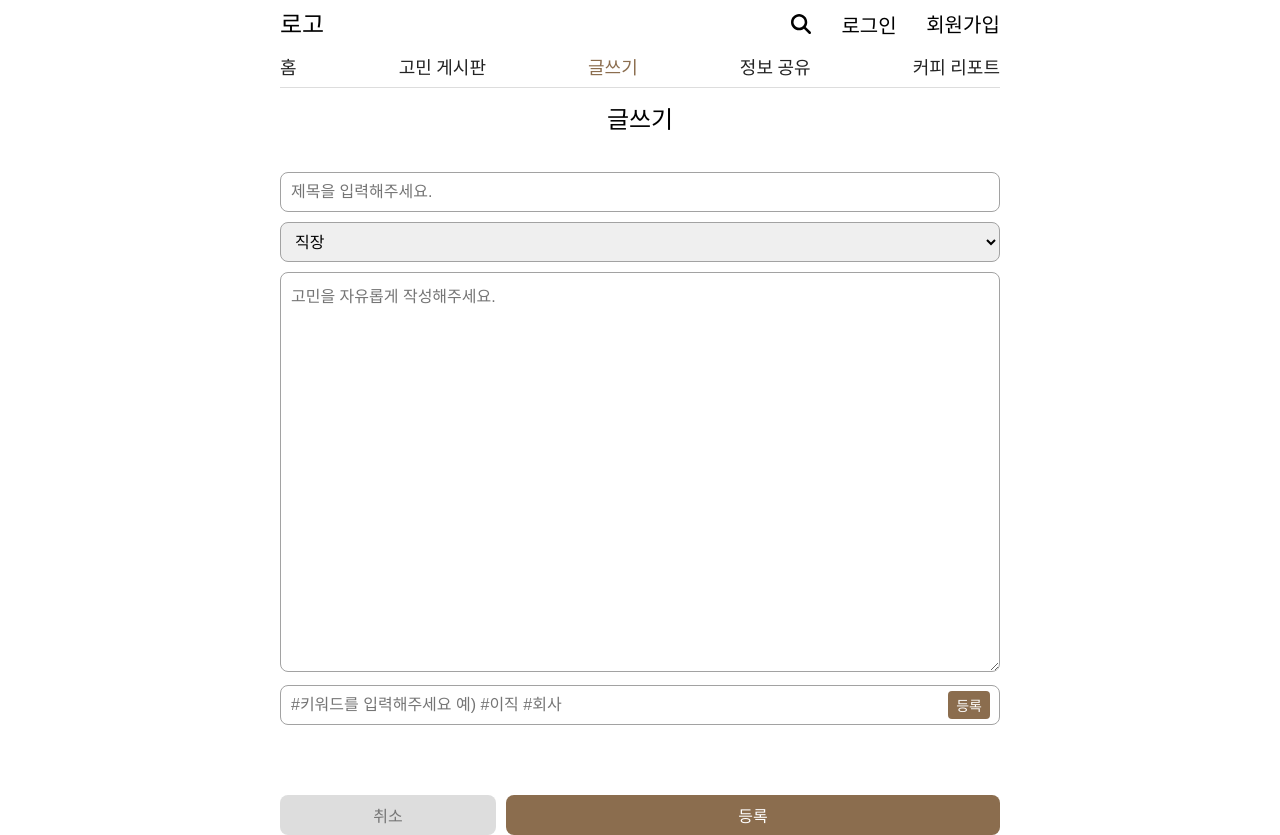
Repository: zlazlazla35/coffee
Page: /writing
The author's editor kept a copy of each file at every save. The page is drawn from the files as they stood at one save, then again after the next save.
The browser window is 1280 px wide. The pictures show the whole page.
The page's requests for data from a server got no answer. Some web fonts or font styles are not loaded; a fallback is used. The project was rebuilt for these pictures with package versions that can differ from the ones it lists, and the page was loaded fresh each time. The framework's server and built-in components were replaced by stand-ins that run in the browser. No one was signed in, and anything a server would have sent is missing. Also part of the build but not shown: next.config.mjs, src/app/LogOutButton.js.

Above is the page before, as saved 2025-01-08 15:43:35.

### src/app/layout.js
import { Geist, Geist_Mono } from "next/font/google";
import "./globals.css";
import Link from "next/link";
import { FontAwesomeIcon } from '@fortawesome/react-fontawesome'
import { faMagnifyingGlass, faUser } from '@fortawesome/free-solid-svg-icons'
import NavMenu from "./component/NavMenu";
import LoginButton from "./LoginButton";
import { getServerSession } from "next-auth";
import { authOptions } from "../../pages/api/auth/[...nextauth]";
import LogOutButton from "./LogOutButton";

const geistSans = Geist({
  variable: "--font-geist-sans",
  subsets: ["latin"],
});

const geistMono = Geist_Mono({
  variable: "--font-geist-mono",
  subsets: ["latin"],
});

export const metadata = {
  title: "Create Next App",
  description: "Generated by create next app",
};




export default async function RootLayout({ children }) {


const loginData = await getServerSession(authOptions);




  return (
    <html lang="en">
      <body className={`${geistSans.variable} ${geistMono.variable}`}>
        <div className="nav_bar">
          <div className="nav_bar_top">
            <Link className="logo" href={'/'}>로고</Link>
            <div className="userBox">
              <button>
                <FontAwesomeIcon icon={faMagnifyingGlass} />
              </button>
                {
                  loginData == null ? <LoginButton/> : <LogOutButton/>
                }
                {
                  loginData == null ? <Link href={'/join'}>회원가입</Link> : null
                }
            </div>
          </div>
          <div className="nav_bar_bottom">
            <NavMenu></NavMenu>
          </div>
        </div>
        {children}
      </body>
    </html>
  );
}

### src/app/writing/page.js
'use client'

import { useEffect, useState } from "react"



//하단에 등록 버튼 클릭시
//0. 로그인 되어있는 유저 아이디 저장 (서버 클라이언트에서 해야해서 서버에서 저장해주기)
//1. 제목 저장
//2. 키워드 select 저장
//3. 고민 컨텐츠 저장
//4. 유저 아이디
//5. 현재 날짜 저장
//6. 현재 시간 저장


//키워드 input에 등록버튼 클릭시 => #이직 #회사 와 같이 샾이 붙어있는지 띄어쓰기 한번 검사 맞게 했으면 키워드 저장, 아니면 alert로 양식에 받게 적어달라고 띄어주기


export default function Writing() {
    const option = [
        { value: 0, label: '직장' },
        { value: 1, label: '연애' },
        { value: 2, label: '취업/진로' },
        { value: 3, label: '가족' },
        { value: 4, label: '결혼/육아' },
        { value: 5, label: '친구' },
        { value: 6, label: '학업/고시' },
        { value: 7, label: '중독' },
        { value: 8, label: '사업/금전' },
        { value: 9, label: '질병/질환' }
    ]


    let [userName, setUserName] = useState('')
    let [title, setTitle] = useState('');
    let [content, setContent] = useState('');
    let [time, setTime] = useState('');
    let [category, setCategory] = useState('');
    let [keyword, setKeyword] = useState('');


    const today = new Date();
    const formattedDate = `${today.getFullYear()}-${today.getMonth() + 1}-${today.getDate()}`;

    const currentTimer = () => {
        const hours = String(today.getHours()).padStart(2, "0");
        const minutes = String(today.getMinutes()).padStart(2, "0");
        setTime(`${hours}:${minutes}  `)
    }


    const startTimer = () => {
        setInterval(currentTimer, 1000)
    }

    startTimer()



    const handleSelect = (e) => {
        setCategory(e.target.value);
    };






    return (
        <div className="writing">
            <h2 className="title">글쓰기</h2>
            <input name="name" placeholder="제목을 입력해주세요." onChange={(e) => {
                setTitle(e.target.value);
            }} />
            <select onChange={handleSelect} value={category}>
                {
                    option.map((data, i) => {
                        return (
                            <option key={i} value={data.label}>{data.label}</option>
                        )
                    })
                }
            </select>
            <textarea placeholder="고민을 자유롭게 작성해주세요." onChange={() => {
                setContent(e.target.value);
            }} />
            <div className="keyWord_box">
                <input placeholder="#키워드를 입력해주세요 예) #이직 #회사" />
                <button className="keyWord_btn" type="submit">등록</button>
            </div>
            <div className="bottom_butBox">
                <button className="back">취소</button>
                <button className="complete" type="submit" onClick={() => {
                    fetch('/api/auth/writing', {
                        method: 'POST',
                        body: JSON.stringify({
                            title: title,
                            date: formattedDate
                        })
                    })
                }}>등록</button>
            </div>
        </div>
    )
}

### src/app/globals.css
@font-face {
    font-family: 'Ownglyph_StudyHard-Rg';
    src: url('https://fastly.jsdelivr.net/gh/projectnoonnu/2411-3@1.0/Ownglyph_StudyHard-Rg.woff2') format('woff2');
    font-weight: normal;
    font-style: normal;
}
@import url(https://cdn.jsdelivr.net/gh/moonspam/NanumSquare@1.0/nanumsquare.css);
/* /styles/reset.css */
body {font-family: 'Ownglyph_StudyHard-Rg' !important;}
html, body, div, span, applet, object, iframe,
h1, h2, h3, h4, h5, h6, p, blockquote, pre,
a, abbr, acronym, address, big, cite, code,
del, dfn, em, img, ins, kbd, q, s, samp,
small, strike, strong, sub, sup, tt, var,
b, u, i, center,
dl, dt, dd, ol, ul, li,
fieldset, form, label, legend,
table, caption, tbody, tfoot, thead, tr, th, td,
article, aside, canvas, details, embed,
figure, figcaption, footer, header, hgroup,
menu, nav, output, ruby, section, summary,
time, mark, audio, video {
	margin: 0;
	padding: 0;
	border: 0;
	font-size: 100%;
	font: inherit;
	vertical-align: baseline;
}
/* HTML5 display-role reset for older browsers */
article, aside, details, figcaption, figure,
footer, header, hgroup, menu, nav, section {
	display: block;
}
body {
	line-height: 1;
}
ol, ul {
	list-style: none;
}
blockquote, q {
	quotes: none;
}
blockquote:before, blockquote:after,
q:before, q:after {
	content: '';
	content: none;
}
table {
	border-collapse: collapse;
	border-spacing: 0;
}
input:focus {outline: none;}
a {text-decoration: none; color: inherit;}

input {font-family: 'NanumSquare', sans-serif !important;}
textarea {font-family: 'NanumSquare', sans-serif !important;}
select {font-family: 'NanumSquare', sans-serif !important; outline: none !important;}

.nav_bar {width: 100%; max-width: 720px; margin: 0 auto;}
.nav_bar .nav_bar_top {width: 100%; display: flex; align-items: center; justify-content: space-between; box-sizing: border-box; padding: 10px 0; }
.nav_bar .nav_bar_top .logo {font-size: 24px; }
.nav_bar .nav_bar_top .userBox {display: flex; align-items: center; width: 50%; justify-content: flex-end;}
.nav_bar .nav_bar_top .userBox a {width: 100%;  max-width: 74px; font-size: 20px; text-align: center;}
.nav_bar .nav_bar_top .userBox .userLogin{font-size: 18px; margin-right: 10px;}
.nav_bar .nav_bar_top .userBox button {width: 100%; max-width: 22px; display: block; background: none; border: none; padding: 0;}
.nav_bar .nav_bar_top .userBox button {margin-right: 20px;}
.nav_bar .nav_bar_top .userBox button svg {font-size: 20px;}
.nav_bar .nav_bar_top .userBox button:last-child {margin-right: 0;}
.nav_bar .nav_bar_top .userBox button.loginBtn {width: 100%;  max-width: 74px; font-size: 20px; font-family: 'Ownglyph_StudyHard-Rg' !important;}
.nav_bar .nav_bar_bottom {width: 100%; }
.nav_bar .nav_bar_bottom .nav_list {display: flex; align-items: center; justify-content: space-between; box-sizing: border-box; padding: 10px 0; border-bottom: 1px solid #ddd;}
.nav_bar .nav_bar_bottom .nav_list li { font-size: 18px; color: #232323; }
.nav_bar .nav_bar_bottom .nav_list li a.active {color: #8b6d4e; }


.liset_page {width: 100%; max-width: 720px; margin: 0 auto;}
.liset_page .top_border {width: 100%; max-width: 650px; border: 2px solid #8b6d4e; border-radius: 12px; display: flex; align-items: center; justify-content: center; font-size: 16px; box-sizing: border-box; padding: 4px; margin: 20px auto 30px;}
.liset_page .tag {width: 100%;}
.liset_page .tag .tag_list {width: 100%; display: flex; align-items: center; white-space: nowrap; overflow-x: scroll;}
.liset_page .tag .tag_list::-webkit-scrollbar {height: 8px;}
.liset_page .tag .tag_list::-webkit-scrollbar-thumb {background: #a89f96; border-radius: 10px; }
.liset_page .tag .tag_list::-webkit-scrollbar-track {background: rgba(123, 87, 8, 0.1); }
.liset_page .tag .tag_list li {background: #ddd; font-size: 16px; box-sizing: border-box; padding: 4px 8px; border-radius: 12px; margin-right: 10px; cursor: pointer;}
.liset_page .tag .tag_list li:last-child {margin-right: 0;}
.liset_page .tag .tag_list li.on {background: #8b6d4e; color: #fff;}
.liset_page .filterBox {width: 100%; display: flex; align-items: center; justify-content: space-between;}
.liset_page .filterBox .filterSelectBox {display: flex; position: relative; border: 1px solid #8f8f8f; border-radius: 10px; width: 100%; max-width: 69px; height: 28px; align-items: center; justify-content: center; margin: 20px 0; cursor: pointer;}
.liset_page .filterBox .filterSelectBox .title {font-size: 16px; color: #8f8f8f;}
.liset_page .filterBox .filterSelectBox .title svg {font-size: 14px; margin-left: 4px;}
.liset_page .filterBox .filterSelectBox .filterSelect {position: absolute; left: 50%; top: 34px; width: 100%; transform: translateX(-50%); border-radius: 8px; overflow: hidden; background: #fff; z-index: 999;}
.liset_page .filterBox .filterSelectBox .filterSelect {width: 100%; box-shadow: 2px 2px 12px rgba(0, 0, 0, 0.2);}
.liset_page .filterBox .filterSelectBox .filterSelect li {width: 100%; text-align: center; box-sizing: border-box; padding: 6px 0; border-bottom: 1px solid #ddd; font-size: 16px; color: #8f8f8f;}
.liset_page .filterBox .tag_reset{display: inline-block; box-sizing: border-box; padding: 4px; border: 1px solid #8f8f8f; background: none; color: #8f8f8f; font-size: 14px; border-radius: 10px;}


.liset_page .list_card {width: 100%; box-sizing: border-box; padding: 10px; border: 1px solid #232323; border-radius: 12px; margin-bottom: 40px; cursor: pointer;}
.liset_page .list_card .list_card_top {width: 100%; display: flex; align-items: center; justify-content: space-between; margin-bottom: 20px;}
.liset_page .list_card .list_card_top .title {display: inline-block; box-sizing: border-box; padding: 6px 16px; font-size: 14px; background: #8b6d4e; color: #fff; border-radius: 4px;}
.liset_page .list_card .list_card_top .bookIcon {display: inline-block;}
.liset_page .list_card .list_card_top .bookIcon svg {font-size: 20px;}
.liset_page .list_card .userText {width: 100%;}
.liset_page .list_card .userText .userTitle {font-size: 20px; font-weight: 600; margin-bottom: 4px;}
.liset_page .list_card .userText .userId {font-size: 14px; color: #a2a2a2;}
.liset_page .list_card .userText .text {margin-top: 40px; font-size: 18px; white-space:pre-wrap ; text-overflow: ellipsis;    display: -webkit-box; -webkit-line-clamp: 3; -webkit-box-orient: vertical; overflow: hidden;}
.liset_page .list_card .list_card_bottom {width: 100%; display: flex; align-items: center; justify-content: space-between; margin-top: 40px;}
.liset_page .list_card .list_card_bottom .tag {display: flex; align-items: center;}
.liset_page .list_card .list_card_bottom .tag li {font-size: 16px; margin-right: 10px; color: #8b6d4e;}
.liset_page .list_card .list_card_bottom .comment {display: flex; align-items: center; justify-content: flex-end; font-size: 16px; color: #a2a2a2;}
.liset_page .list_card .list_card_bottom .comment  svg {font-size: 20px; margin-right: 4px; color: #8b6d4e;}



.writing {width: 100%; max-width: 720px; margin: 0 auto; text-align: center;}
.writing .title {font-size: 24px; margin: 20px 0 40px;}
.writing {width: 100%;}
.writing input {width: 100%; height: 40px; box-sizing: border-box; padding: 10px; font-size: 16px;  border-radius: 8px; border: 1px solid #a2a2a2;}
.writing .bottom_butBox {width: 100%; display: flex; align-items: center; justify-content: space-between; margin-top: 70px;}
.writing button.complete {width: calc(70% - 10px); height: 40px; background: #8b6d4e; color: #fff; font-size: 16px; border: none; border-radius: 8px; }
.writing button.back {width: 30%;  height: 40px; background: #ddd; color: #757575; font-size: 16px; border: none; border-radius: 8px; margin-right: 10px;}
.writing select {width: 100%; height: 40px; box-sizing: border-box; padding: 10px; font-size: 16px; margin: 10px 0; border-radius: 8px; border: 1px solid #a2a2a2;}
.writing textarea {width: 100%; height: 400px; box-sizing: border-box; padding: 10px; font-size: 16px; margin-bottom: 10px; border-radius: 8px; border: 1px solid #a2a2a2;}
.writing .keyWord_box {position: relative; margin-bottom: 10px;}
.writing .keyWord_box .keyWord_btn{position: absolute; right: 10px; top: 50%; transform: translateY(-50%); margin: 0; padding: 4px 8px; background: #8b6d4e; color: #fff; font-size: 14px; border: none; border-radius: 4px;}

### src/app/component/NavMenu.js
'use client'

import Link from "next/link";
import { usePathname } from "next/navigation";

export default function NavMenu() {
    const pathname = usePathname();

    return (
        <ul className="nav_list">
            <li>
                <Link href={'/'}>홈</Link>
            </li>
            <li>
                <Link className={pathname == '/list'? 'active' : null} href={'/list'}>고민 게시판</Link>
            </li>
            <li>
                <Link className={pathname == '/writing'? 'active' : null} href={'/writing'}>글쓰기</Link>
            </li>
            <li>
                <Link className={pathname == '/share'? 'active' : null} href={'/share'}>정보 공유</Link>
            </li>
            <li>
                <Link className={pathname == '/report'? 'active' : null} href={'/report'}>커피 리포트</Link>
            </li>
        </ul>
    )
}

### src/app/LoginButton.js
"use client";
import { signIn } from "next-auth/react";
import { FontAwesomeIcon } from '@fortawesome/react-fontawesome'
import { faUser } from '@fortawesome/free-solid-svg-icons'


export default function LoginButton() {
    return (
        <button className="loginBtn" onClick={() => { signIn(); }}>
            로그인
        </button>
    )
}

### pages/api/auth/[...nextauth].js

import { connectDB } from "../../../utill/database";
import { MongoDBAdapter } from "@next-auth/mongodb-adapter";
import NextAuth, { getServerSession } from "next-auth";
import GithubProvider from "next-auth/providers/github";
import CredentialsProvider from "next-auth/providers/credentials";
import bcrypt from "bcrypt";






export const authOptions = {


  providers: [
    GithubProvider({
      clientId: 'Ov23liQhKFsCYfEF01pm',
      clientSecret: '1b2a947c09b799f2f4cdc959298391cf7b81e72f',
    }),

    CredentialsProvider({
      //1. 로그인페이지 폼 자동생성해주는 코드
      name: "credentials",
      credentials: {
        email: { label: "email", type: "text" },
        password: { label: "password", type: "password" },
      },

      //2. 로그인요청시 실행되는코드
      //직접 DB에서 아이디,비번 비교하고
      //아이디,비번 맞으면 return 결과, 틀리면 return null 해야함
      async authorize(credentials) {
        let db = (await connectDB).db('coffee');
        let user = await db.collection('user_cred').findOne({ email: credentials.email })
        if (!user) {
          console.log('가입되어있는 이메일이 없습니다.');
          return null
        }
        const pwcheck = await bcrypt.compare(credentials.password, user.password);
        if (!pwcheck) {
          console.log('비밀번호를 확인해주세요.');
          return null
        }
        return user
      }
    })
  ],

  //3. jwt 써놔야 잘됩니다 + jwt 만료일설정
  session: {
    strategy: 'jwt',
    maxAge: 30 * 24 * 60 * 60 //30일
  },


  callbacks: {
    //4. jwt 만들 때 실행되는 코드
    //user변수는 DB의 유저정보담겨있고 token.user에 뭐 저장하면 jwt에 들어갑니다.
    jwt: async ({ token, user }) => {
      if (user) {
        token.user = {};
        token.user.name = user.name
        token.user.email = user.email
      }
      return token;
    },
    //5. 유저 세션이 조회될 때 마다 실행되는 코드
    session: async ({ session, token }) => {
      session.user = token.user;
      return session;
    }

  },







  adapter: MongoDBAdapter(connectDB),
  secret: process.env.NEXTAUTH_SECRET ,
};
export default NextAuth(authOptions);

### utill/database.js
import { MongoClient } from 'mongodb'
const url = 'mongodb+srv://admin:aabbcc2376@cluster0.m6lqa.mongodb.net/?retryWrites=true&w=majority&appName=Cluster0'
let connectDB

if (process.env.NODE_ENV === 'development') {
    if (!global._mongo) {
        global._mongo = new MongoClient(url).connect()
    }
    connectDB = global._mongo
} else {
    connectDB = new MongoClient(url).connect()
}

export { connectDB }

After the next save:
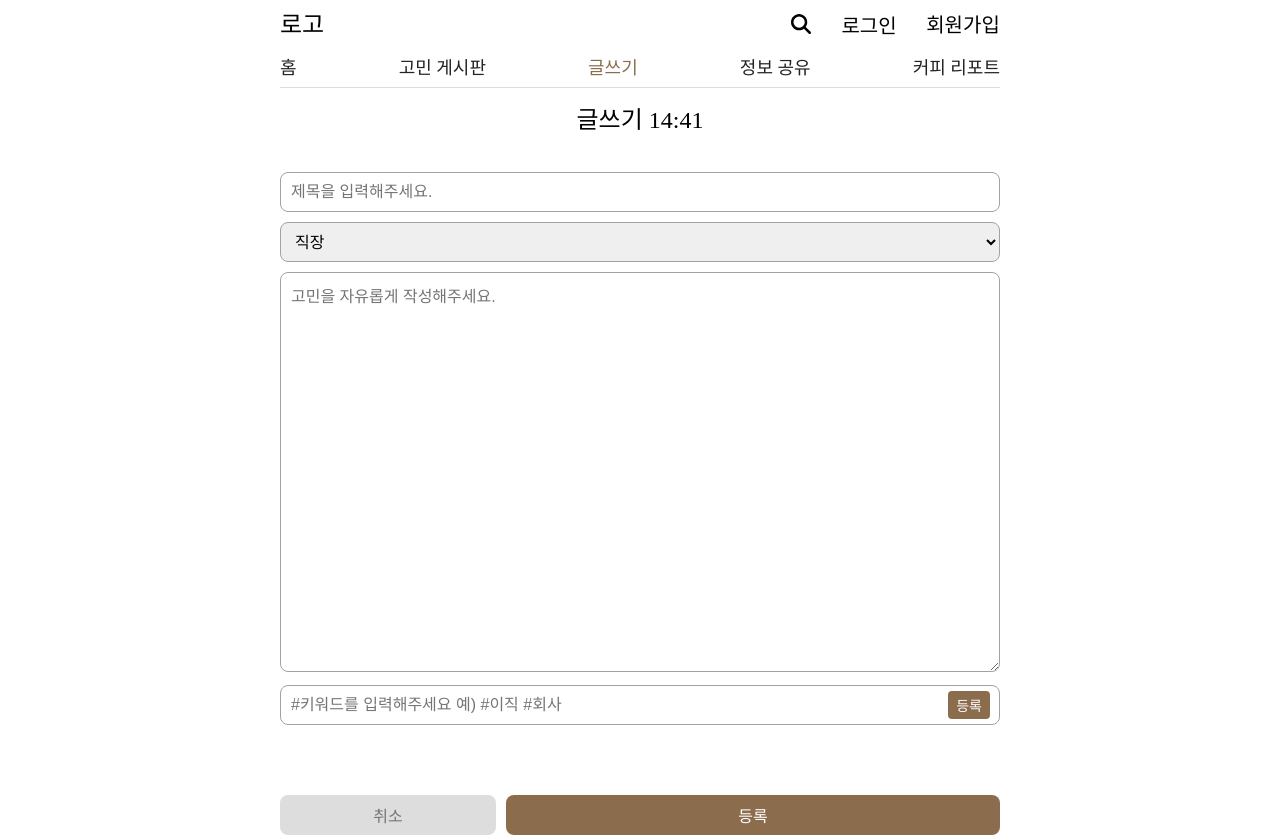
Saved 6 s later.
--- a/src/app/writing/page.js
+++ b/src/app/writing/page.js
@@ -69,7 +69,7 @@
 
     return (
         <div className="writing">
-            <h2 className="title">글쓰기</h2>
+            <h2 className="title">글쓰기 {time}</h2>
             <input name="name" placeholder="제목을 입력해주세요." onChange={(e) => {
                 setTitle(e.target.value);
             }} />

After the 2 saves that followed:
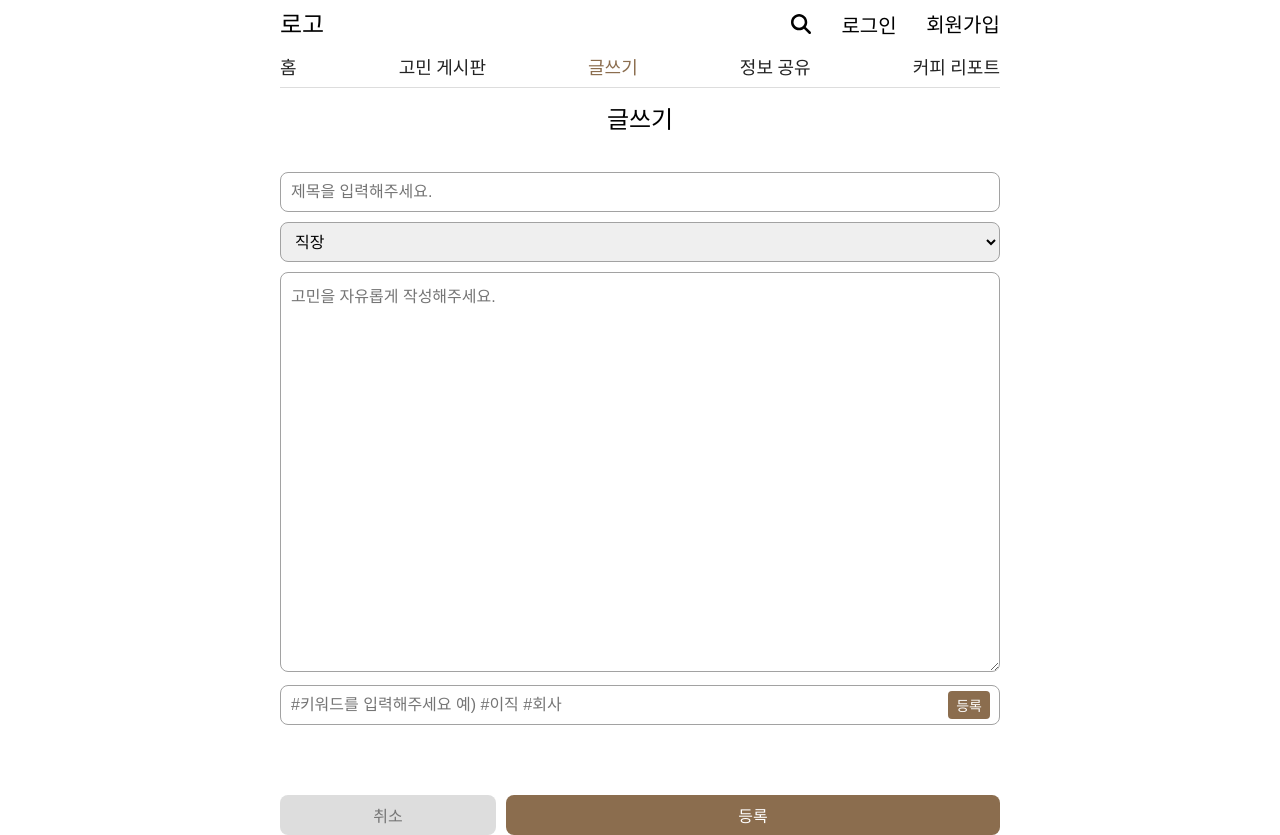
The 2 saves are shown as one change because 1 did not build or start.
The last was saved 2 min 55 s later.
--- a/src/app/writing/page.js
+++ b/src/app/writing/page.js
@@ -9,9 +9,8 @@
 //1. 제목 저장
 //2. 키워드 select 저장
 //3. 고민 컨텐츠 저장
-//4. 유저 아이디
-//5. 현재 날짜 저장
-//6. 현재 시간 저장
+//4. 현재 날짜 저장
+//5. 현재 시간 저장
 
 
 //키워드 input에 등록버튼 클릭시 => #이직 #회사 와 같이 샾이 붙어있는지 띄어쓰기 한번 검사 맞게 했으면 키워드 저장, 아니면 alert로 양식에 받게 적어달라고 띄어주기
@@ -32,7 +31,6 @@
     ]
 
 
-    let [userName, setUserName] = useState('')
     let [title, setTitle] = useState('');
     let [content, setContent] = useState('');
     let [time, setTime] = useState('');
@@ -40,20 +38,19 @@
     let [keyword, setKeyword] = useState('');
 
 
+    //현재 날짜
     const today = new Date();
     const formattedDate = `${today.getFullYear()}-${today.getMonth() + 1}-${today.getDate()}`;
 
+    //현재시간 가져오기
     const currentTimer = () => {
         const hours = String(today.getHours()).padStart(2, "0");
         const minutes = String(today.getMinutes()).padStart(2, "0");
         setTime(`${hours}:${minutes}  `)
     }
-
-
     const startTimer = () => {
         setInterval(currentTimer, 1000)
     }
-
     startTimer()
 
 
@@ -69,7 +66,7 @@
 
     return (
         <div className="writing">
-            <h2 className="title">글쓰기 {time}</h2>
+            <h2 className="title">글쓰기</h2>
             <input name="name" placeholder="제목을 입력해주세요." onChange={(e) => {
                 setTitle(e.target.value);
             }} />
@@ -96,7 +93,9 @@
                         method: 'POST',
                         body: JSON.stringify({
                             title: title,
-                            date: formattedDate
+                            date: formattedDate,
+                            time : time,
+                            content : content
                         })
                     })
                 }}>등록</button>
